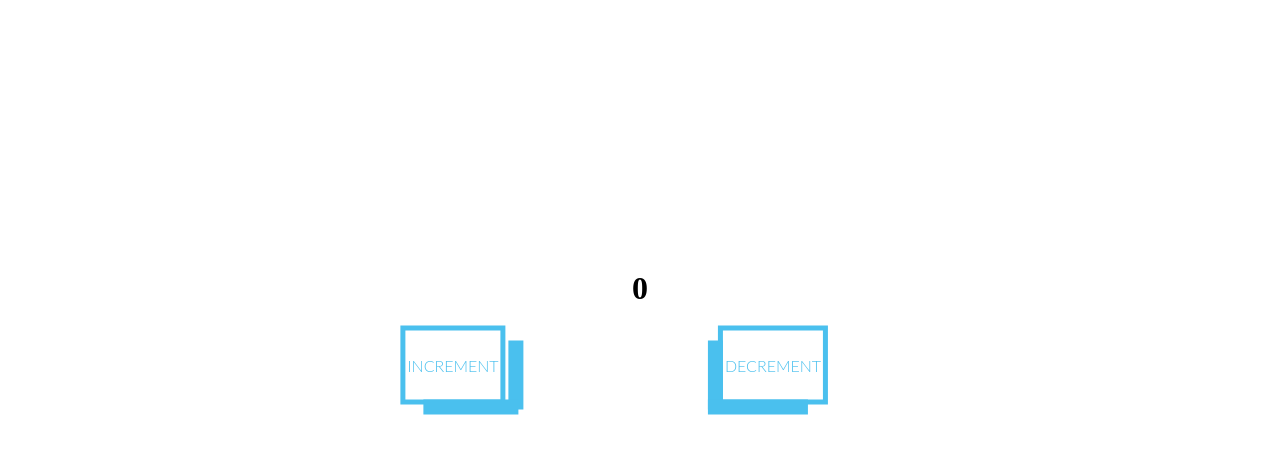
Repository: Ellisvelandia/react_introduction_test
Page: /
The author's editor kept a copy of each file at every save. The page is drawn from the files as they stood at one save, then again after the next save.
The browser window is 1280 px wide. The pictures show the whole page.
The project was rebuilt for these pictures with package versions that can differ from the ones it lists, and the page was loaded fresh each time. Also part of the build but not shown: src/index.css.

Above is the page before, as saved 2022-08-15 20:13:05.

### src/App.js
import "./App.scss";
import React, { useState } from "react";

const App = () => {
  const [num, changeNum] = useState(0);

  const incrementNum = () => {
    changeNum(num + 2);
  };

  const decrementNum = () => {
    if (num - 1 < 0) {
      alert(`you can't decrease than 0`);
    } else {
      changeNum(num - 2);
    }
  };

  return (
    <>
      <div className="container">
        <h1>{num}</h1>
        <button className="button_I" onClick={incrementNum}>Increment</button>
        <button className="button_D" onClick={decrementNum}>Decrement</button>
      </div>
    </>
  );
};

export default App;

### src/App.scss
* {
  margin: 0;
  padding: 0;
  box-sizing: border-box;
}

body {
  width: 100%;
  height: 100vh;
  display: flex;
  justify-content: center;
  align-items: center;
  flex-direction: column;
}

.container {
  align-self: center;
}

h1 {
  position: absolute;
  left: 50%;
  top: 40%;
  transform: translateX(-50%) translateY(-50%);
}

button {
  font-size: 1rem;
  margin: 5px;
  font-family: "Lato", sans-serif;
  font-weight: 300;
}


.button_I {
  position: absolute;
  left: 35%;
  top: 50%;
  transform: translateX(-50%) translateY(-50%);

  background: #fff;
  max-width: 120px;
  padding: 25px 2px;

  border: 5px solid #4ac0ee;
  color: #4ac0ee;
  text-transform: uppercase;
  text-align: center;

  z-index: 2;
  transition: all 0.15s 0.15s ease-out;

  &:after,
  &:before {
    position: absolute;
    width: 100%;
    max-width: 100%;
    top: 100%;
    left: 0;
    bottom: -10px;
    content: "";
    z-index: 1;
    transition: all 0.15s 0.15s ease-out;
  }

  &:before {
    background: #4ac0ee;
    top: 10px;
    left: 103px;
    height: 100%;
    width: 15px;
  }

  &:after {
    width: 100%;
    background: #4ac0ee;
    right: 0px;
    left: 18px;
    height: 15px;
  }

  &:hover {
    background: #4ac0ee;
    color: #fff;
    margin-left: -7.5px;
    margin-bottom: -7.5px;

    &:after,
    &:before {
      top: 100%;
      left: 0;
      bottom: 0px;
    }

    &:before {
      top: 0px;
      left: 0px;
      width: 0px;
    }

    &:after {
      right: 0px;
      left: 0px;
      height: 0px;
    }
  }
}



.button_D {
  position: absolute;
  left: 60%;
  top: 50%;
  transform: translateX(-50%) translateY(-50%);

  background: #fff;
  max-width: 120px;
  padding: 25px 2px;

  border: 5px solid #4ac0ee;
  color: #4ac0ee;
  text-transform: uppercase;
  text-align: center;

  z-index: 2;
  transition: all 0.15s 0.15s ease-out;

  &:after,
  &:before {
    position: absolute;
    width: 100%;
    max-width: 100%;
    top: 100%;
    left: 0;
    bottom: -10px;
    content: "";
    z-index: 1;
    transition: all 0.15s 0.15s ease-out;
  }

  &:before {
    background: #4ac0ee;
    top: 10px;
    left: -15px;
    height: 100%;
    width: 15px;
  }

  &:after {
    width: 100%;
    background: #4ac0ee;
    right: 0px;
    left: -15px;
    height: 15px;
  }

  &:hover {
    background: #4ac0ee;
    color: #fff;
    margin-left: -7.5px;
    margin-bottom: -7.5px;

    &:after,
    &:before {
      top: 100%;
      left: 0;
      bottom: 0px;
    }

    &:before {
      top: 0px;
      left: 0px;
      width: 0px;
    }

    &:after {
      right: 0px;
      left: 0px;
      height: 0px;
    }
  }
}

Loaded but not shown: public/index.html (common file); src/index.js (common file); src/reportWebVitals.js (common file)

After the next save:
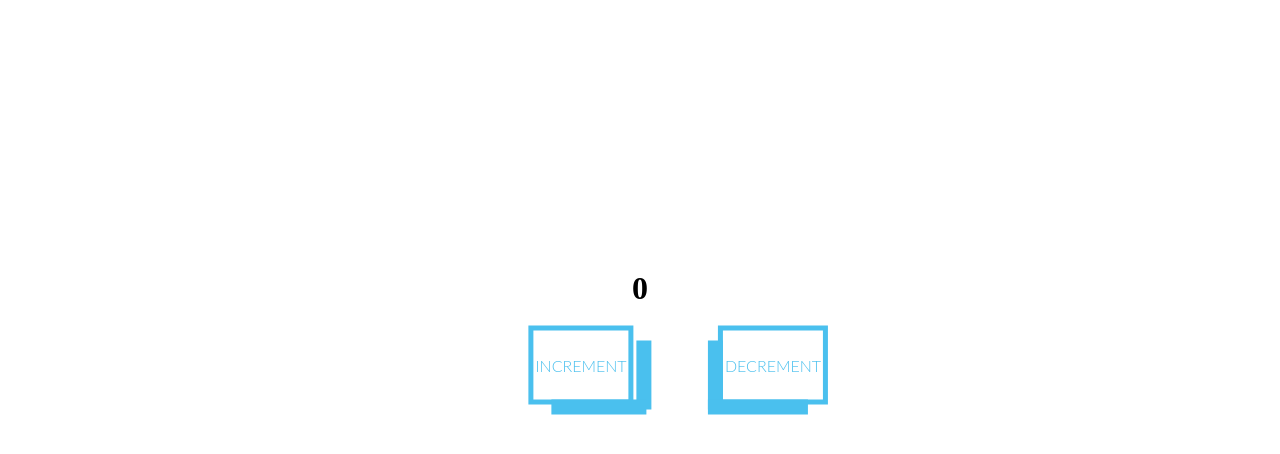
Saved 22 s later.
--- a/src/App.scss
+++ b/src/App.scss
@@ -34,7 +34,7 @@ button {
 
 .button_I {
   position: absolute;
-  left: 35%;
+  left: 45%;
   top: 50%;
   transform: translateX(-50%) translateY(-50%);
 
